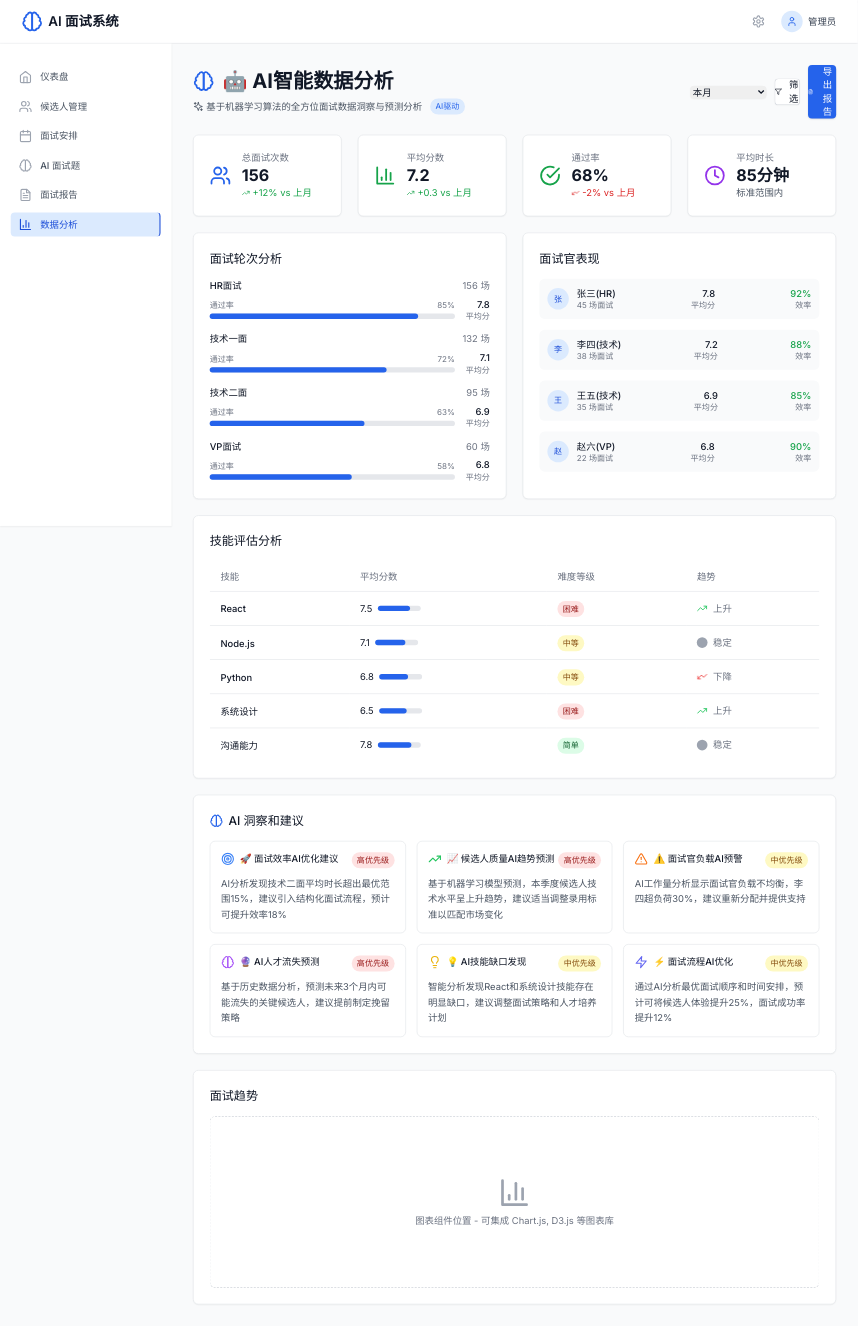
Repository: OisCircle/ai-day
Page: /analysis
The author's editor kept a copy of each file at every save. The page is drawn from the files as they stood at one save, then again after the next save.
The browser window is 1280 px wide. The pictures show the whole page, at 67% of full size.
The project was rebuilt for these pictures with package versions that can differ from the ones it lists, and the page was loaded fresh each time. Also part of the build but not shown: vite.config.ts, src/pages/AIInterviewQuestions.tsx, src/pages/CandidateManagement.tsx, src/components/AIAssistant.tsx, src/components/DataVisualization.tsx, src/pages/Dashboard.tsx, src/pages/InterviewConducting.tsx, src/pages/InterviewReports.tsx and 1 more.

Above is the page before, as saved 2025-08-20 16:12:26.

After the next save:
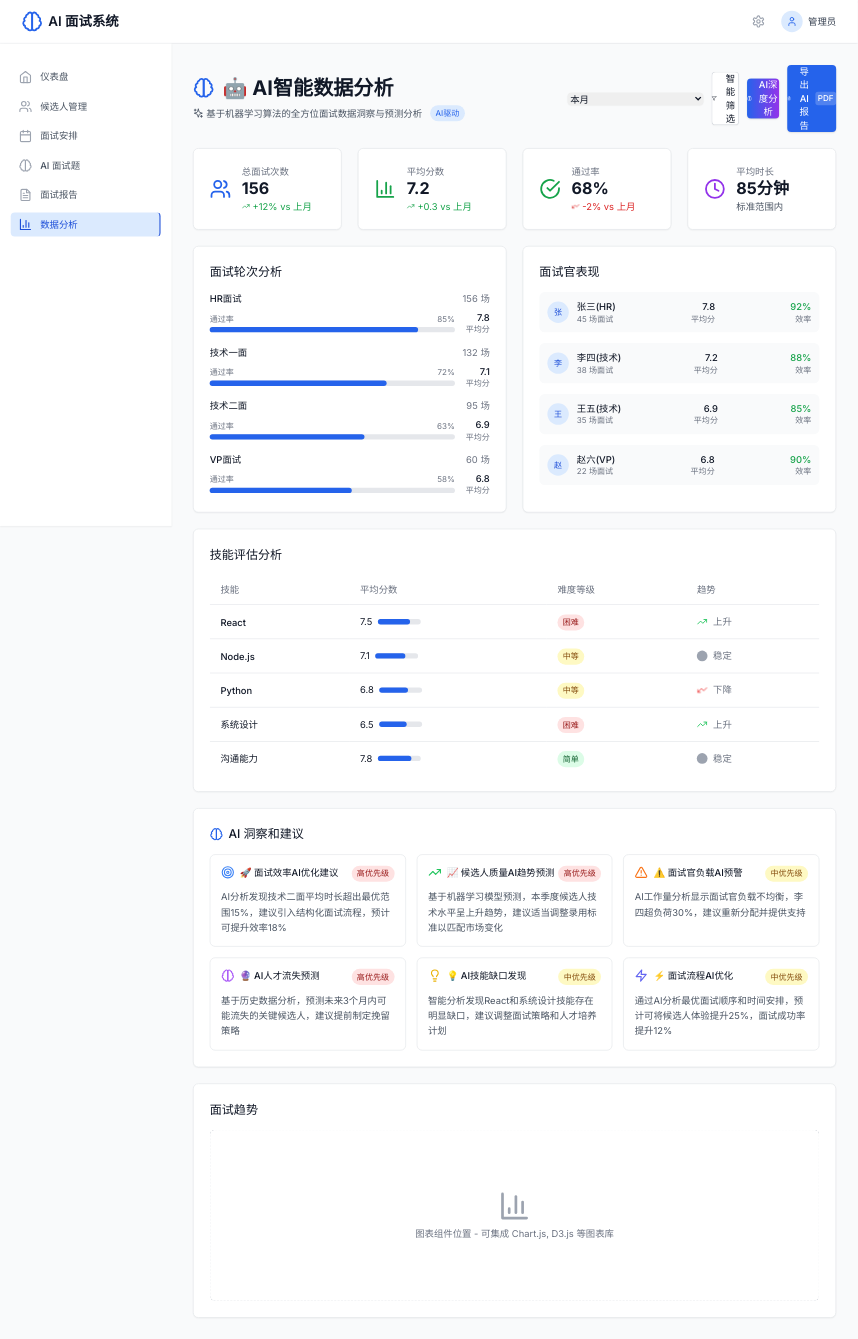
Saved 8 s later.
--- a/src/pages/InterviewAnalysis.tsx
+++ b/src/pages/InterviewAnalysis.tsx
@@ -298,11 +298,21 @@ const InterviewAnalysis: React.FC = () => {
           </select>
           <button className="btn btn-secondary">
             <Filter className="h-4 w-4 mr-2" />
-            筛选
+            智能筛选
+          </button>
+          <button
+            onClick={triggerAiAnalysis}
+            className={`btn btn-primary bg-gradient-to-r from-blue-600 to-purple-600 border-0 ${
+              isAiAnalyzing ? 'animate-pulse' : ''
+            }`}
+          >
+            <Brain className="h-4 w-4 mr-2" />
+            {isAiAnalyzing ? 'AI分析中...' : 'AI深度分析'}
           </button>
           <button className="btn btn-primary">
             <FileText className="h-4 w-4 mr-2" />
-            导出报告
+            导出AI报告
+            <span className="ml-1 text-xs bg-white bg-opacity-20 px-1 py-0.5 rounded">PDF</span>
           </button>
         </div>
       </div>
